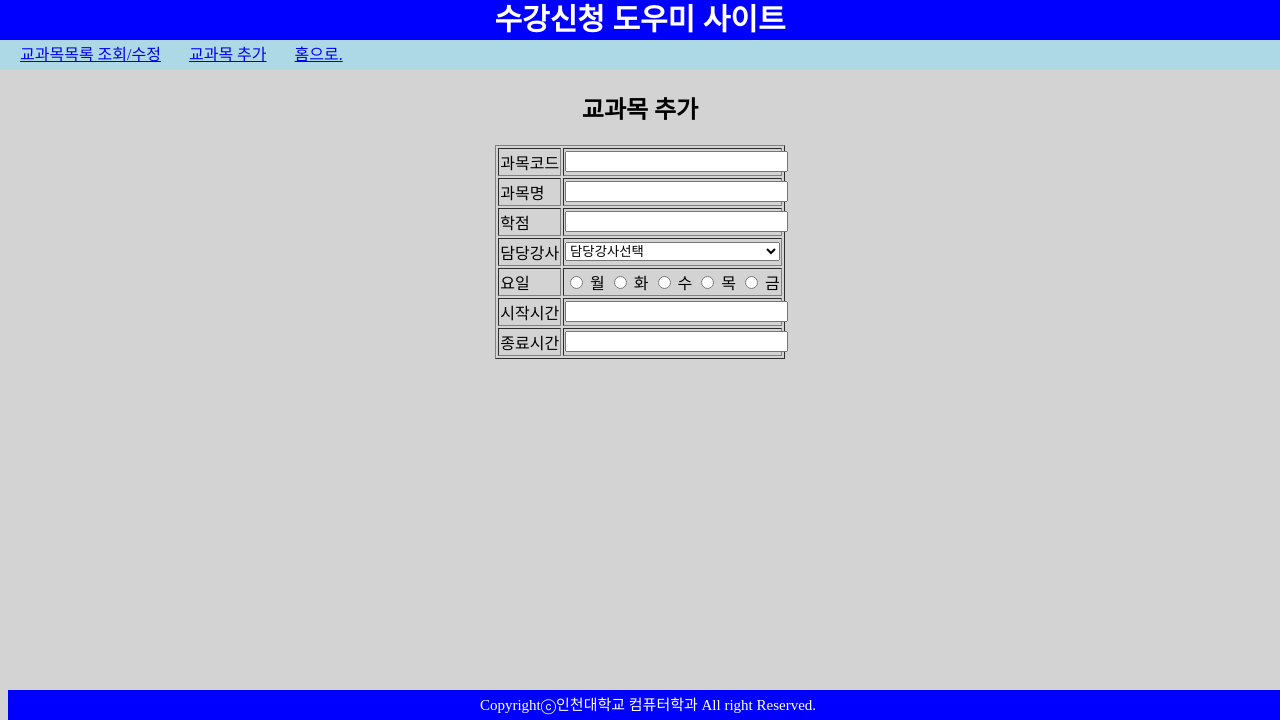
Repository: leesuyeon116/HRD_2
Page: http://localhost/HRD_0419/insert.jsp
An editor plug-in stored every save of this project. The page is shown before and after the next save, followed by the edit.
The browser window is 1280 px wide. The pictures show the whole page.
The page is served by Tomcat 9.

Above is the page before, as saved 2024-04-19 06:20:39.

After the next save:
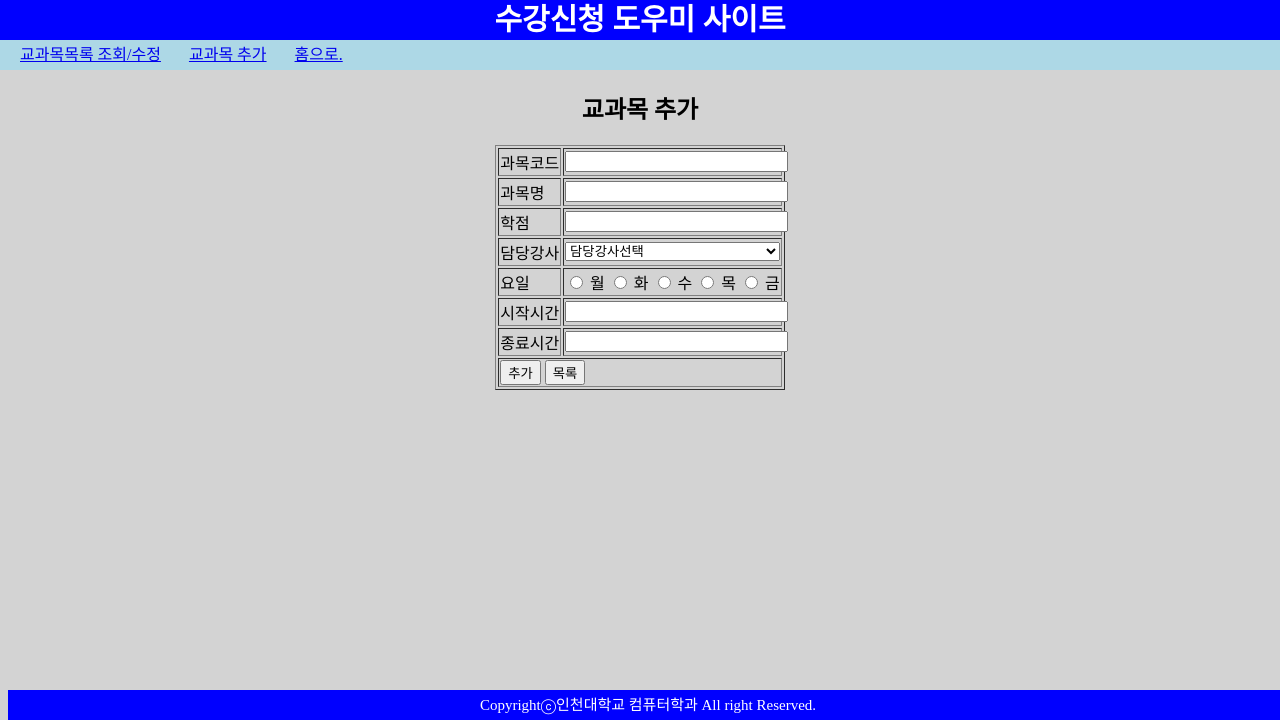
Saved 2 min 55 s later.
--- a/HRD_0419/src/main/webapp/insert.jsp
+++ b/HRD_0419/src/main/webapp/insert.jsp
@@ -62,6 +62,12 @@
 					<td>종료시간</td>
 					<td><input type="text" name="end_hour" style="width: 100%"></td>
 				</tr>
+				<tr>
+					<td colspan="2">
+						<input type="button" value="추가" onclick="addCheck()">
+						<input type="button" value="목록" onclick="search()">
+					</td>
+				</tr>
 			</table>
 		</form>
     </section>
